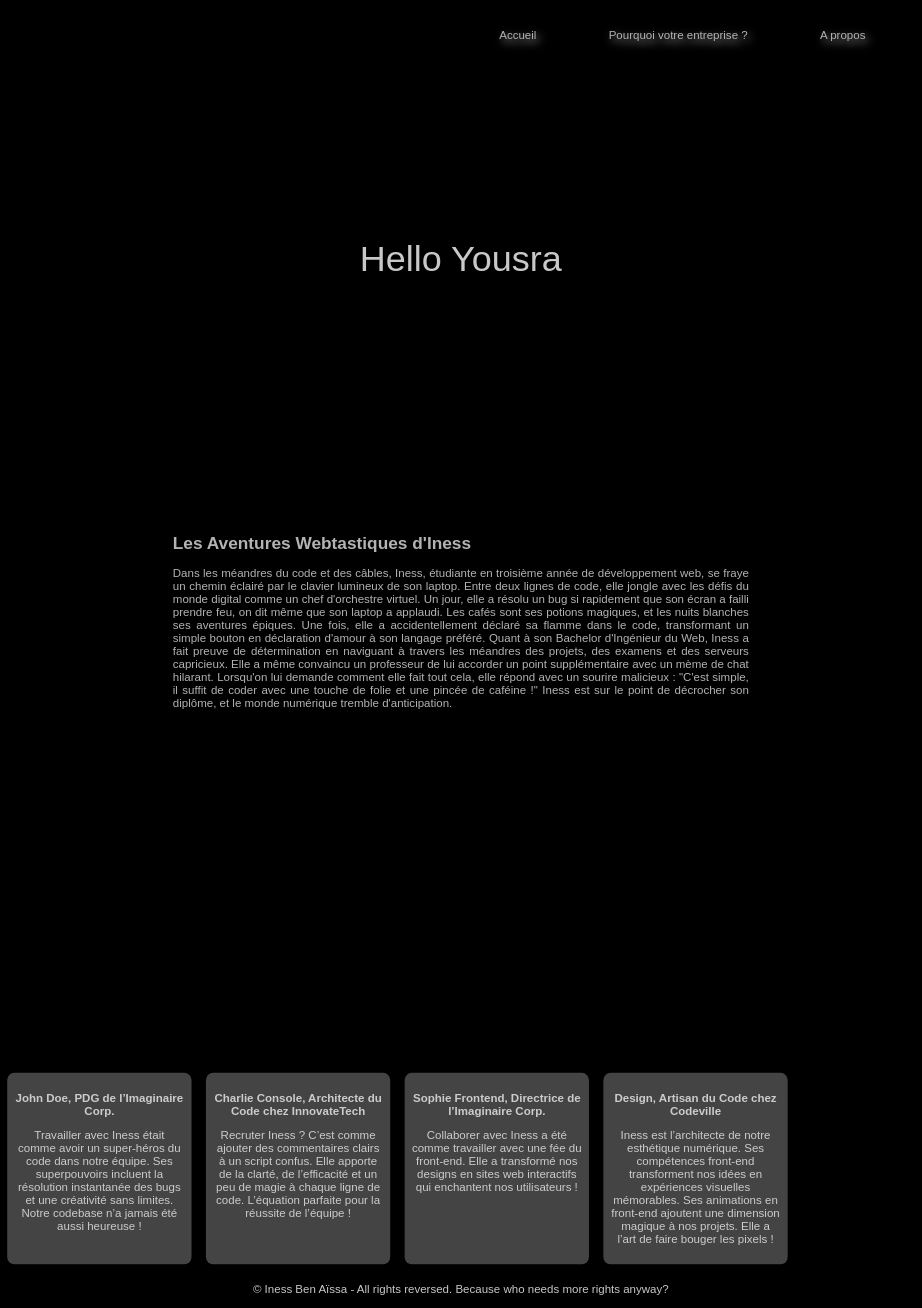
Repository: inessben/application
Page: index.html
The author's editor kept a copy of each file at every save. The page is drawn from the files as they stood at one save, then again after the next save.
The browser window is 1280 px wide. The pictures show the whole page, at 72% of full size.

Above is the page before, as saved 2023-12-03 20:28:11.

After the next save:
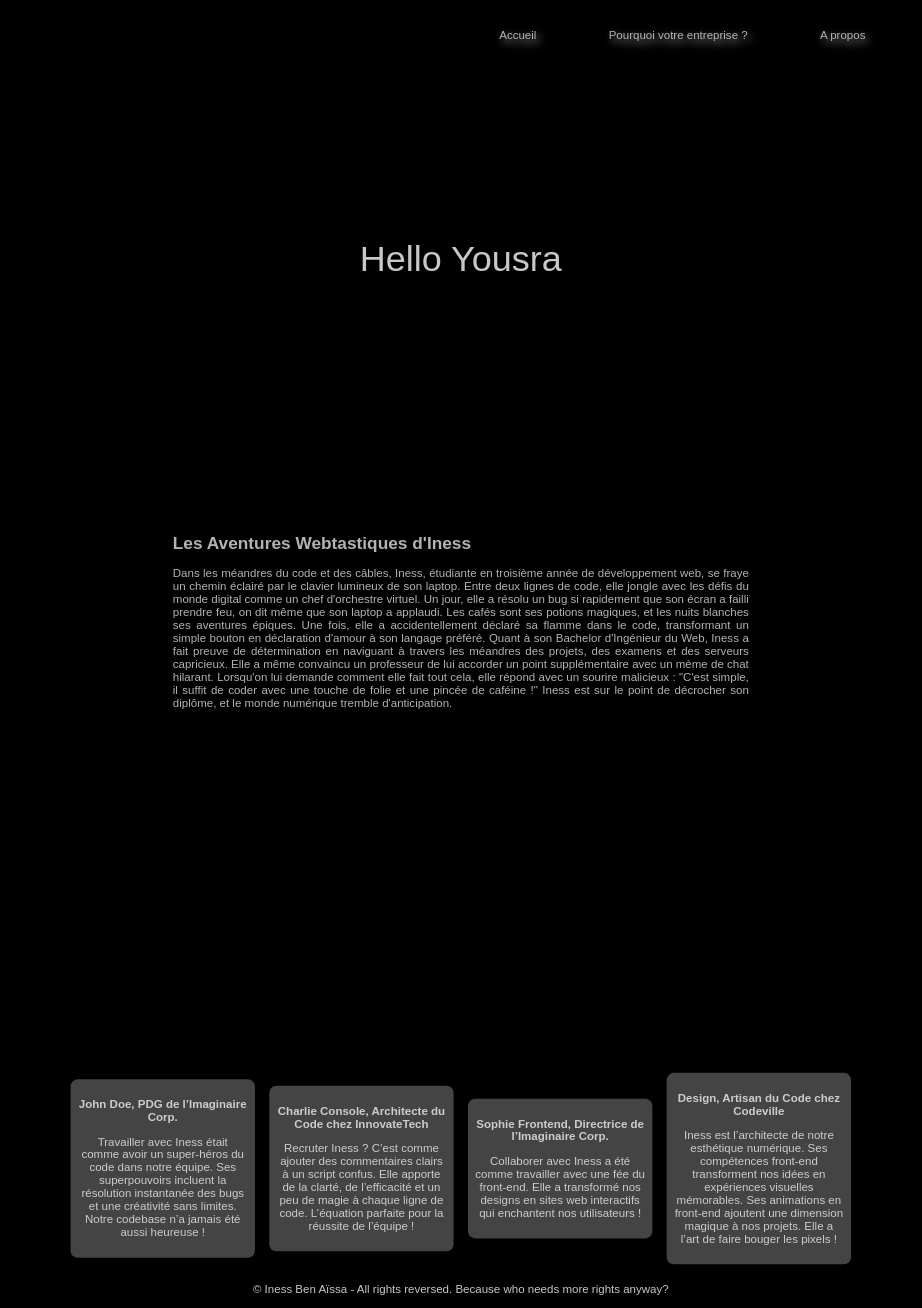
Saved 26 s later.
--- a/index.css
+++ b/index.css
@@ -50,7 +50,9 @@ body {
 
 
 #carousel-container {
-    max-width: 100vw;
+    display: flex;
+    align-items: center;
+    justify-content: center;
     display: flex;
     overflow-x: auto;
     }
